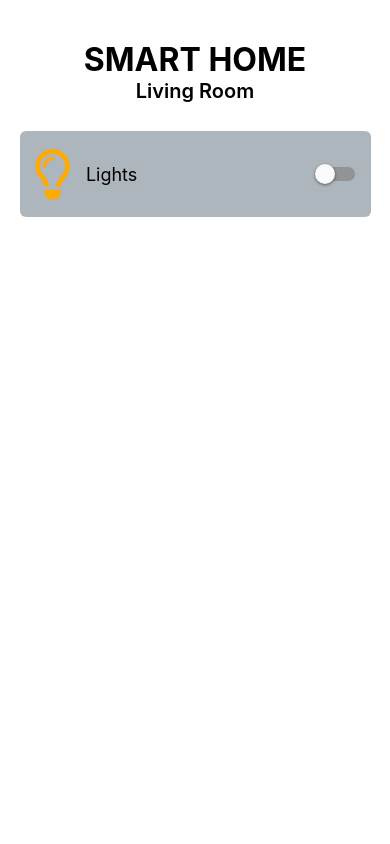
Repository: NQD2308/CNTT3
Screen: / (app in Week 5/home work/ListThietBi/)
An editor plug-in stored every save of this project. The screen is shown before and after the next save, followed by the edit.
The app was drawn by React Native's web renderer in a window 390 px wide. The project was rebuilt for these pictures with package versions that can differ from the ones it lists, and the page was loaded fresh each time.

Above is the screen before, as saved 2024-04-11 22:42:16.

After the next save:
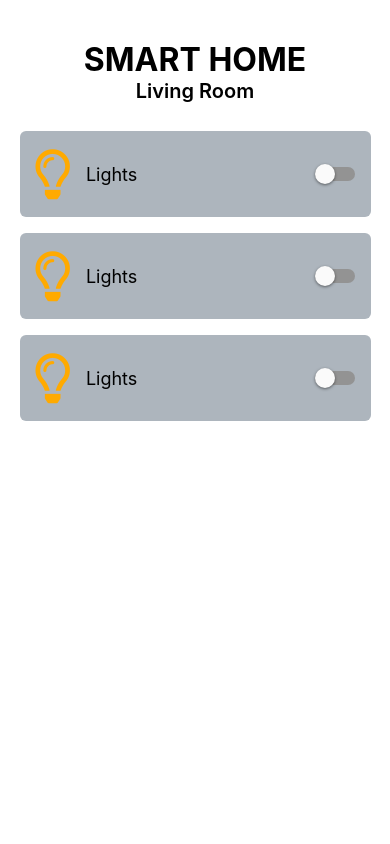
Saved 6 s later.
--- a/Week 5/home work/ListThietBi/App.js
+++ b/Week 5/home work/ListThietBi/App.js
@@ -8,6 +8,20 @@ export default function App() {
       <StatusBar style="auto" backgroundColor="gray"/>
       <Text style={styles.headerText}>SMART HOME</Text>
       <Text style={styles.headerLittleText}>Living Room</Text>
+      <View style={styles.option}>
+        <View style={styles.leftSide}>
+        <F5Icon name="lightbulb" size={50} color={'#ffaa00'} />
+        <Text style={styles.nameText}>Lights</Text>
+        </View>
+        <Switch style={styles.switch} />
+      </View>
+      <View style={styles.option}>
+        <View style={styles.leftSide}>
+        <F5Icon name="lightbulb" size={50} color={'#ffaa00'} />
+        <Text style={styles.nameText}>Lights</Text>
+        </View>
+        <Switch style={styles.switch} />
+      </View>
       <View style={styles.option}>
         <View style={styles.leftSide}>
         <F5Icon name="lightbulb" size={50} color={'#ffaa00'} />
